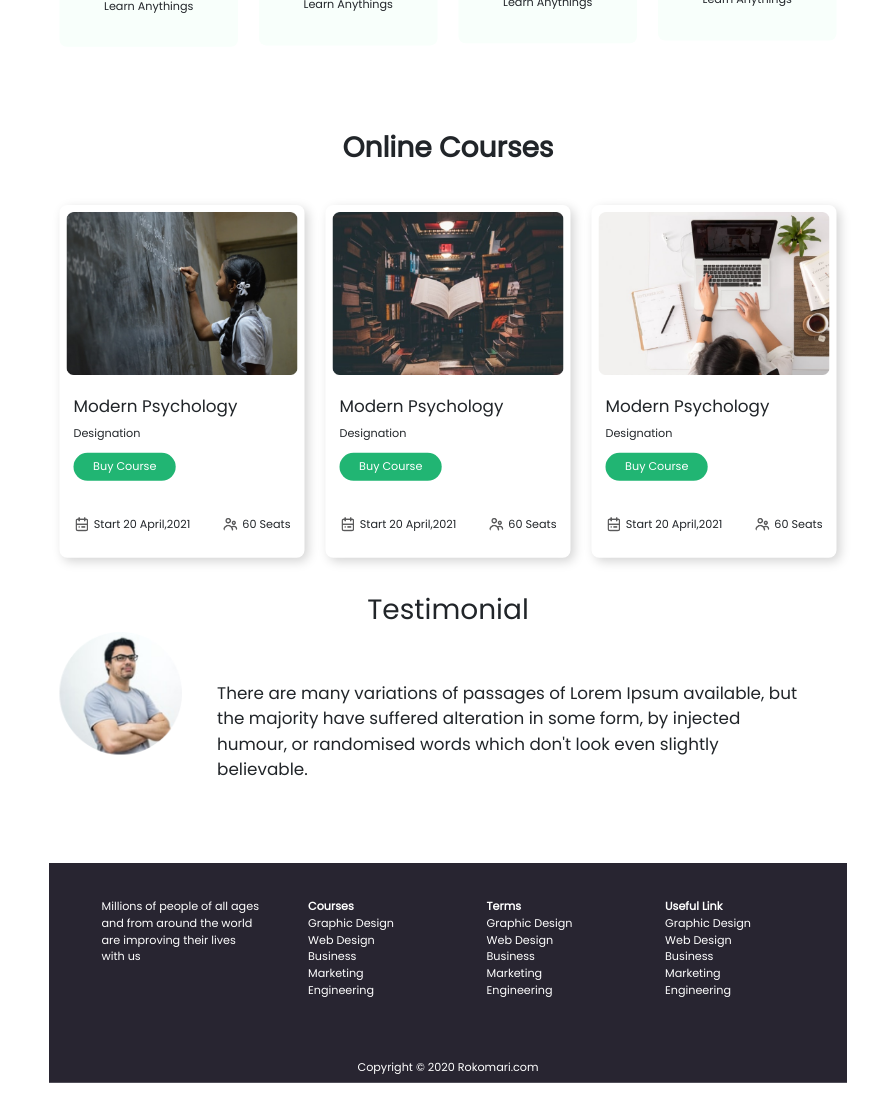
Repository: mohsinfarabi/e-school
Page: index.html
An editor plug-in stored every save of this project. The page is shown before and after the next save, followed by the edit.
The browser window is 1280 px wide. The pictures show the part of the page from y = 807 to 2727 px (the page is 2404 px tall before and 2459 px after), at 70% of full size.

Above is the page before, as saved 2020-07-09 19:17:43.

After the next save:
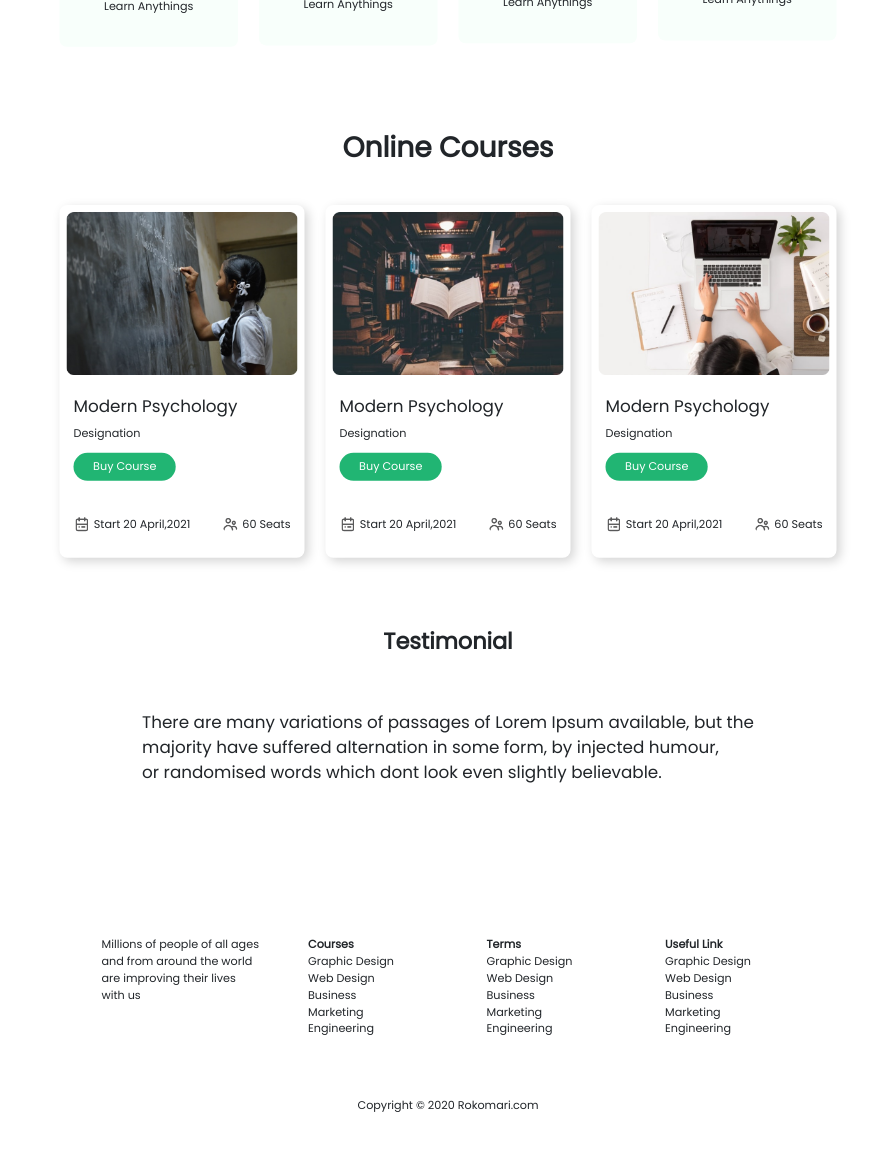
Not found: Photos/Man.png
Saved 2 h 4 min later.
--- a/index.html
+++ b/index.html
@@ -170,19 +170,14 @@
         </div>
     </div>
 
-    <div class="container testimonial">
-        <h1>Testimonial</h1>
-        <div class="testimonial-content d-flex align-content-center justify-content-between">
-            <div>
-                <img class="img-fluid w-70 d-flex flex-shrink-1" src="images/Photos/Man.png" alt="">
-            </div>
-            <div class="testimonial-text">
-                <p>There are many variations of passages of Lorem Ipsum available, but the majority have suffered alteration in some form, by injected humour, or randomised words which don't look even slightly believable.</p>
-            </div>
-        </div>
-    </div>
-
-    <div class="container bottom-part">
+    <div class="container testimonial box-card2">
+        <h2><b>Testimonial</b></h2>
+        <div class="d-flex justify-content-center testimonial">
+            <img class="img-fluid" src="Photos/Man.png" alt="">
+            <p class="testimonial-text">There are many variations of passages of Lorem Ipsum available, but the <br> majority have suffered alternation in some form, by injected humour, <br> or randomised words which dont look even slightly believable.</p>
+        </div>
+    </div>
+    <div class="container box-card2 last-part">
         <div class="row footer-row">
             <div class="col-md-3">
                 <p>Millions of people of all ages and from around the world are improving their lives with us</p>

After the save that followed:
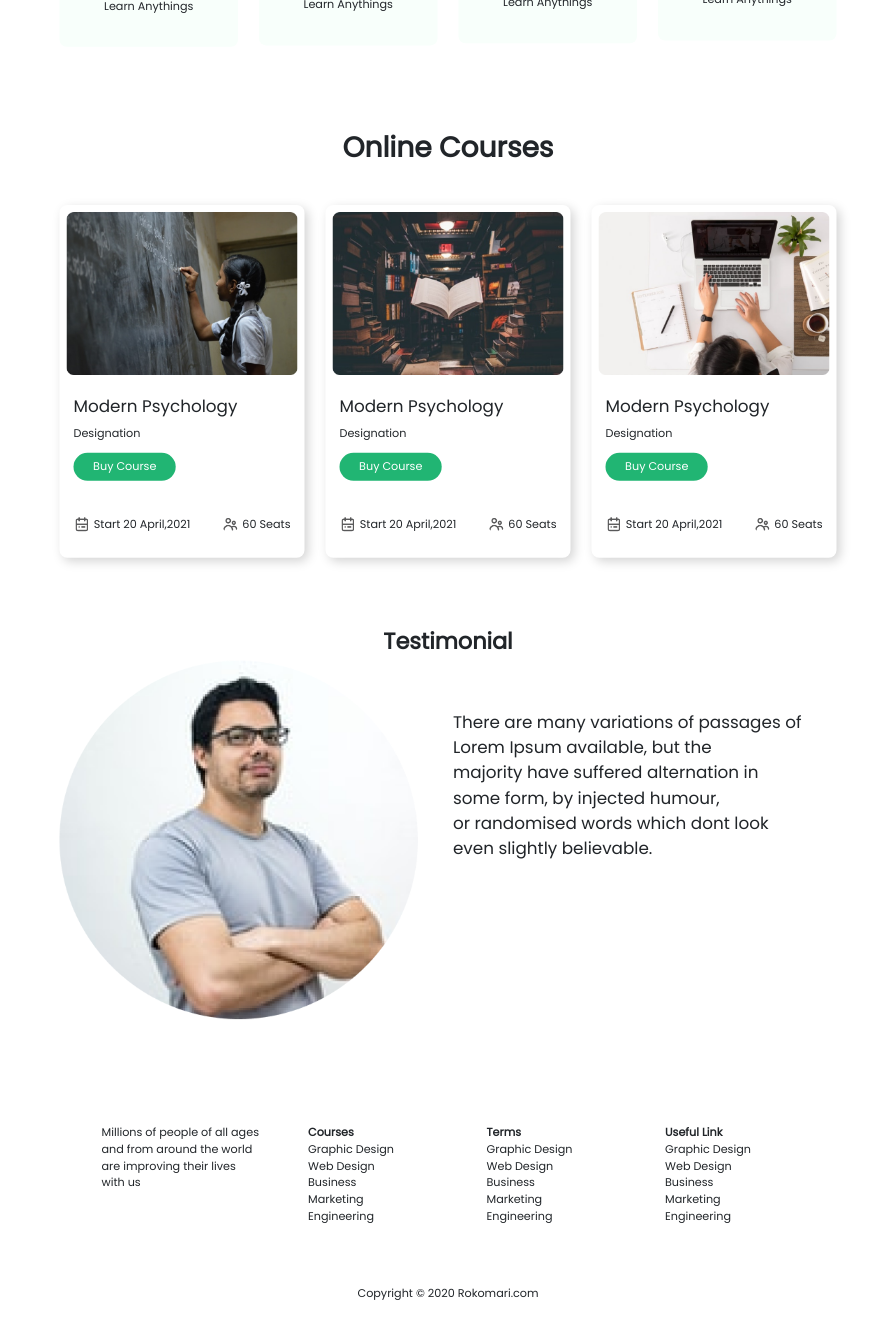
Saved 16 s later.
--- a/index.html
+++ b/index.html
@@ -173,7 +173,7 @@
     <div class="container testimonial box-card2">
         <h2><b>Testimonial</b></h2>
         <div class="d-flex justify-content-center testimonial">
-            <img class="img-fluid" src="Photos/Man.png" alt="">
+            <img class="img-fluid" src="images/Photos/Man.png" alt="">
             <p class="testimonial-text">There are many variations of passages of Lorem Ipsum available, but the <br> majority have suffered alternation in some form, by injected humour, <br> or randomised words which dont look even slightly believable.</p>
         </div>
     </div>
